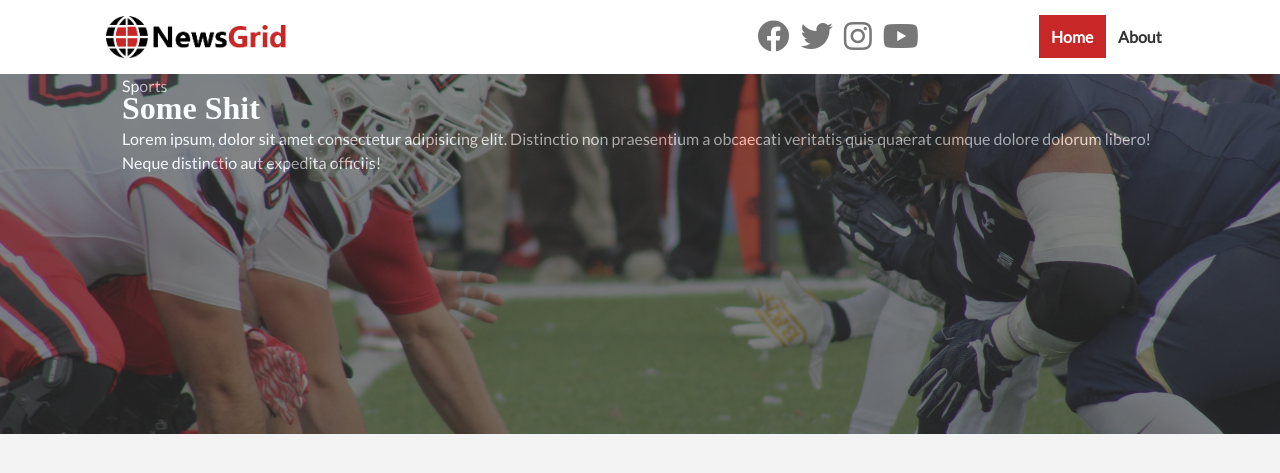
Repository: EswinGiova/NewsGrid
Page: index.html
These files come from the project's save history. The page is drawn as it stood at one moment and after the next save; the edit follows.
The browser window is 1280 px wide. The pictures show the whole page.
Some web libraries are served in a nearby version.

Above is the page before, as saved 2020-09-19 20:05:45.

### index.html
<!DOCTYPE html>
<html lang="en">
  <head>
    <meta charset="UTF-8" />
    <meta name="viewport" content="width=device-width, initial-scale=1.0" />
    <link rel="shortcut icon" type="image/x-icon" href="favicon.ico" />
    <link
      href="https://fonts.googleapis.com/css2?family=Lato&family=Staatliches&display=swap"
      rel="stylesheet"
    />
    <link rel="stylesheet" href="./css/style.css" />
    <link
      rel="stylesheet"
      media="screen and (max-width: 768px)"
      href="./css/mobile.css"
    />

    <link
      rel="stylesheet"
      href="https://cdnjs.cloudflare.com/ajax/libs/font-awesome/5.14.0/css/all.min.css"
      integrity="sha512-1PKOgIY59xJ8Co8+NE6FZ+LOAZKjy+KY8iq0G4B3CyeY6wYHN3yt9PW0XpSriVlkMXe40PTKnXrLnZ9+fkDaog=="
      crossorigin="anonymous"
    />

    <title>NewsGrid | Latest News</title>
  </head>
  <body>
    <nav id="main-nav">
      <div class="container">
        <img src="./image_resources/logo.png" alt="" class="logo" />
        <div class="social">
          <a href="#" target="_blank"><i class="fab fa-facebook fa-2x"></i></a>
          <a href="#" target="_blank"><i class="fab fa-twitter fa-2x"></i></a>
          <a href="#" target="_blank"><i class="fab fa-instagram fa-2x"></i></a>
          <a href="#" target="_blank"><i class="fab fa-youtube fa-2x"></i></a>
        </div>
        <ul>
          <li><a href="#" class="current">Home</a></li>
          <li><a href="#">About </a></li>
        </ul>
      </div>
    </nav>

    <header id="showcase">
      <div class="container">
        <div class="showcase-container">
          <div class="showcase-content">
            <div class="category category-sports">Sports</div>
            <h1>Some Shit</h1>
            <p>
              Lorem ipsum, dolor sit amet consectetur adipisicing elit.
              Distinctio non praesentium a obcaecati veritatis quis quaerat
              cumque dolore dolorum libero! Neque distinctio aut expedita
              officiis!
            </p>
            <a href="./article.html" class="btn btn-primary">Read More </a>
          </div>
        </div>
      </div>
    </header>
  </body>
</html>

### css/style.css
:root {
  --primary-color: #c72727;
  --secondary-color: #f99500;
  --light-color: #f3f3f3;
  --dark-color: #333;
  --max-width: 1100px;
}

.category {
  --sports-color: #f99500;
  --ent-color: #a66bbe;
  --tech-color: #009cff;
}
* {
  margin: 0;
  padding: 0;
  box-sizing: border-box;
}
body {
  font-family: 'Lato', sans-serif;
  line-height: 1.5;
  background: var(--light-color);
}

a {
  color: var(--dark-color);
  text-decoration: none;
}

ul {
  list-style: none;
}

img {
  width: 100%;
}

h1,
h2,
h3,
h4,
h5,
h6 {
  font-family: 'Staaliches', cursive;
  margin-bottom: 0.55rem;
  line-height: 1.3rem;
}

/*  utility class */

.container {
  max-width: var(--max-width);
  margin: auto;
  padding: 0 2rem;
  overflow: hidden;
}

/* Navigation */
#main-nav {
  background: #fff;
  position: sticky;
  top: 0;
  z-index: 2;
}

#main-nav .container {
  display: grid;
  grid-template-columns: 6fr 3fr 2fr;
  padding: 1rem;
  align-items: center;
}

#main-nav .logo {
  width: 180px;
}

#main-nav ul {
  display: flex;
  justify-self: end;
}

#main-nav ul li a {
  padding: 0.77rem;
  font-weight: bold;
}

#main-nav ul li .current {
  background: var(--primary-color);
  color: white;
}

#main-nav ul li .current:hover {
  background: var(--light-color);
  color: var(--dark-color);
}
#main-nav .social {
  justify-self: center;
}

#main-nav .social i {
  color: #777;
  margin-left: 0.5rem;
}

/* showcase */
#showcase {
  background: #333;
  color: #fff;
  position: relative;
}

#showcase:before {
  content: '';
  background: url('../image_resources/featured.jpg') center center/cover;
  position: absolute;
  top: 0;
  left: 0;
  width: 100%;
  height: 100%;
  opacity: 0.4;
}
#showcase .showcase-container {
  height: 50vh;
}

Loaded but not shown: css/mobile.css (no copy from this time; the picture is the same without it)

After the next save:
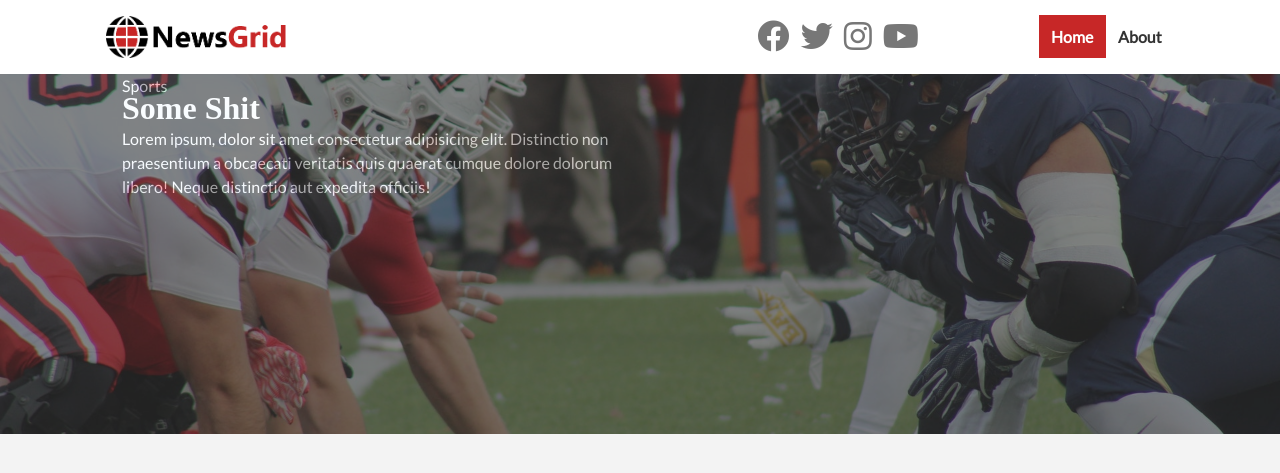
Saved 46 s later.
--- a/css/style.css
+++ b/css/style.css
@@ -121,4 +121,6 @@ h6 {
 }
 #showcase .showcase-container {
   height: 50vh;
+  display: grid;
+  grid-template-columns: repeat(2, 1fr);
 }
